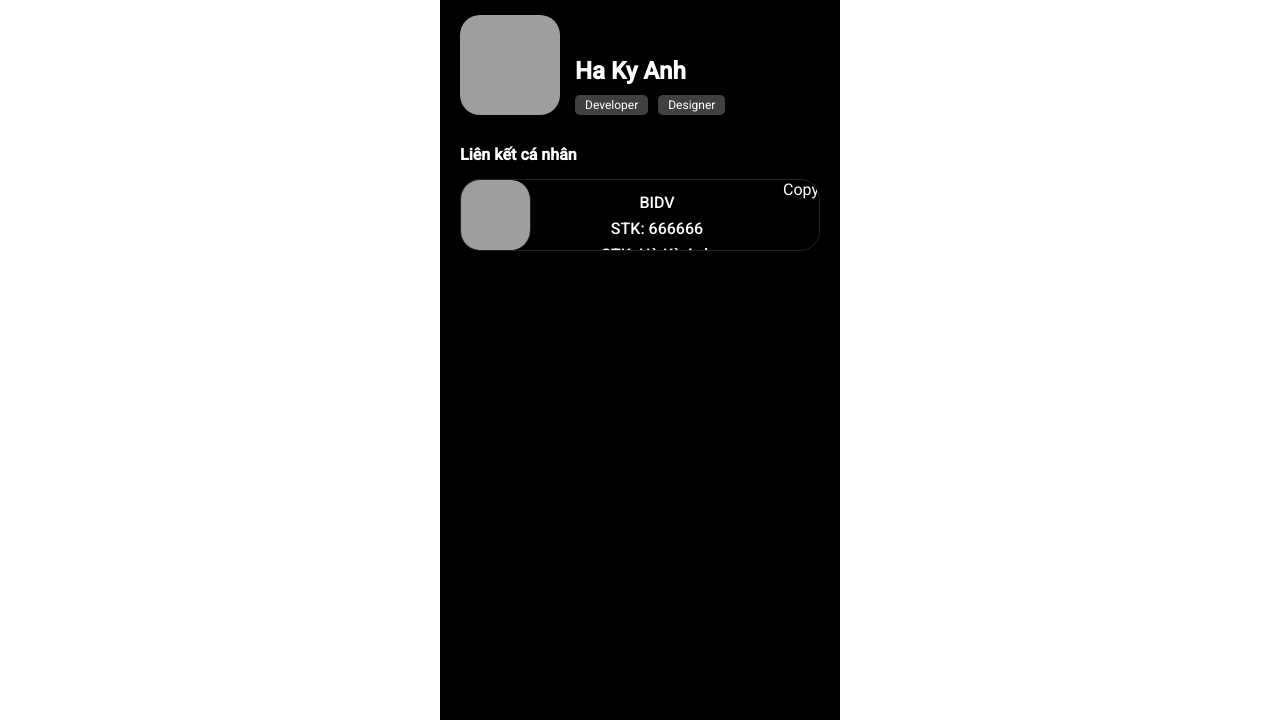
Repository: yzarc204/nguyen-tien-viet-hoang
Page: thong-tin-thanh-toan/index.html
An editor plug-in stored every save of this project. The page is shown before and after the next save, followed by the edit.
The browser window is 1280 px wide. The pictures show the whole page.
Pictures or frames that could not be fetched are drawn as grey boxes.

Above is the page before, as saved 2021-09-27 10:52:58.

After the next save:
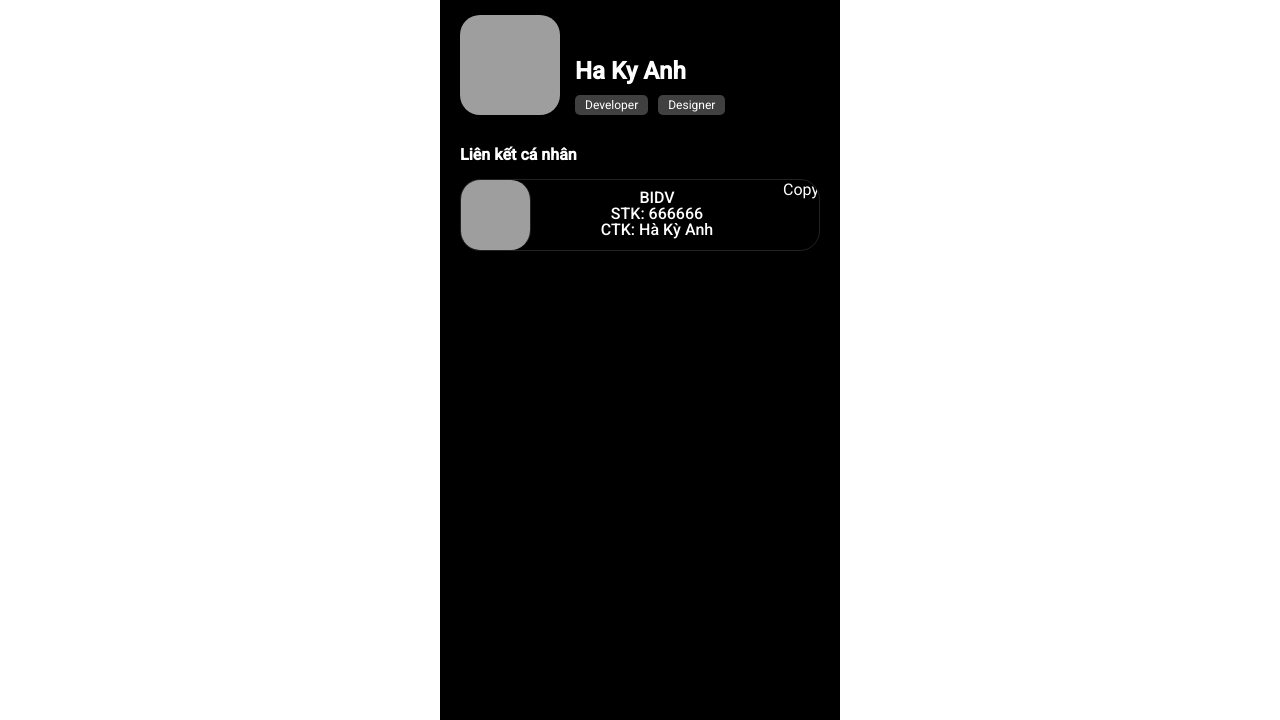
Saved 11 s later.
--- a/thong-tin-thanh-toan/public/css/index.css
+++ b/thong-tin-thanh-toan/public/css/index.css
@@ -106,7 +106,6 @@ body {
     flex-direction: column;
 }
 .bank-info > p {
-    margin: 5px 0px;
 }
 .bank-name{
 
